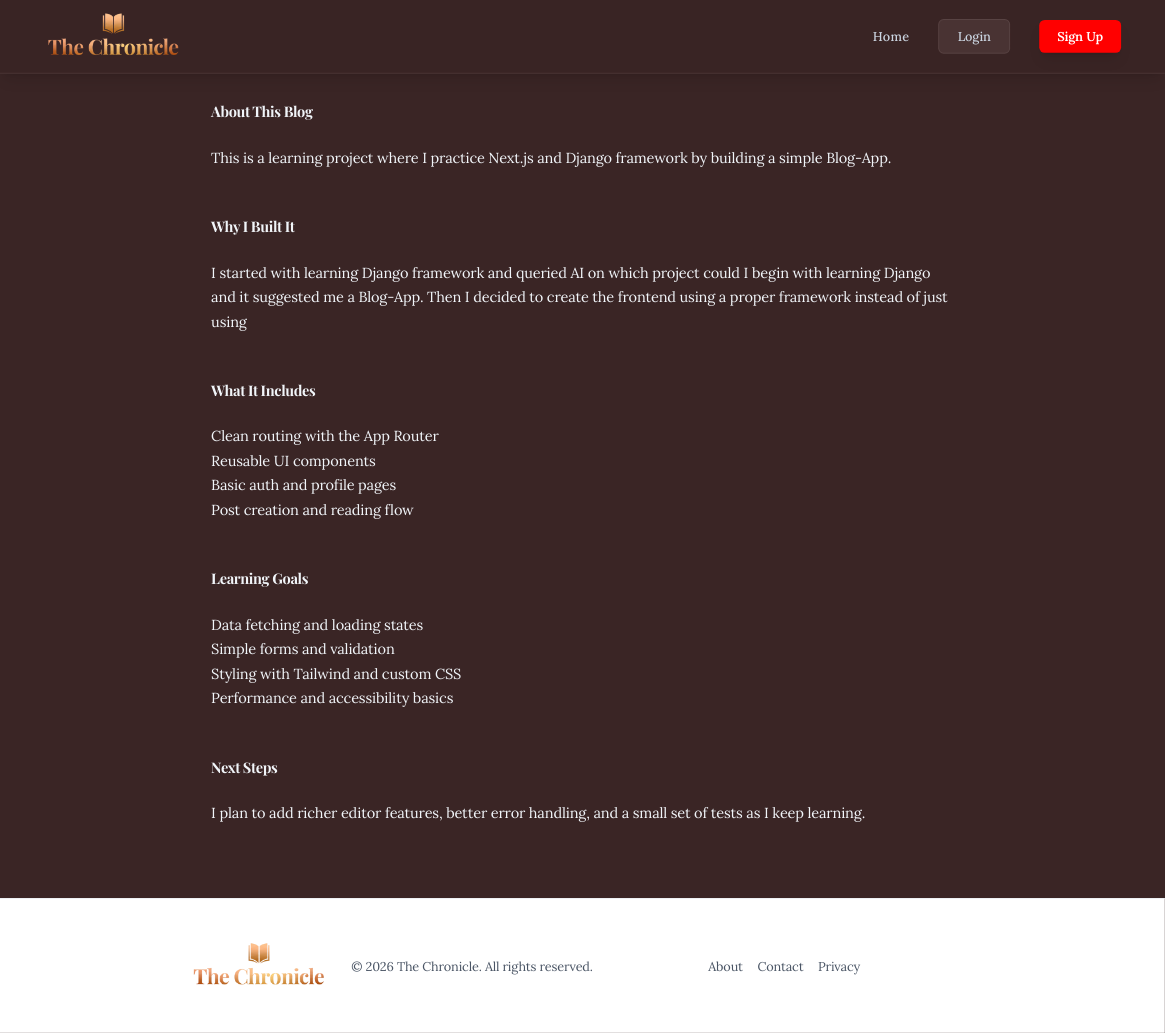
Repository: swaruplamsal/BasicBlogApp
Page: /about (app in blog-frontend/)
An editor plug-in stored every save of this project. The page is shown before and after a run of saves, followed by the edit.
The browser window is 1280 px wide. The pictures show the whole page, at 91% of full size.
The page's requests for data from a server got no answer. The project was rebuilt for these pictures with package versions that can differ from the ones it lists, and the page was loaded fresh each time. The framework's server and built-in components were replaced by stand-ins that run in the browser. No one was signed in, and anything a server would have sent is missing. Also part of the build but not shown: blog-frontend/next.config.mjs, blog-frontend/app/components/Avatar.js.

Above is the page before, as saved 2026-02-07 20:54:46.

### blog-frontend/app/layout.js
// app/layout.js
import { Lora, Playfair_Display } from "next/font/google";
import { AuthProvider } from "./context/AuthContext";
import { generateSiteMetadata } from "../lib/metadata";
import "./globals.css";

export const metadata = generateSiteMetadata();

const lora = Lora({
  subsets: ["latin"],
  weight: ["400", "500", "600", "700"],
  variable: "--font-lora",
});

const playfair = Playfair_Display({
  subsets: ["latin"],
  weight: ["400", "500", "600", "700", "900"],
  variable: "--font-playfair",
});

export default function RootLayout({ children }) {
  return (
    <html lang="en">
      <body className={`${lora.variable} ${playfair.variable}`}>
        <AuthProvider>{children}</AuthProvider>
      </body>
    </html>
  );
}

### blog-frontend/app/about/page.js
import Navbar from "../components/Navbar";
import Footer from "../components/Footer";

const sectionStyle = {
  marginTop: "1.5rem",
};

export default function About() {
  return (
    <div className="dark:bg-sky-950">
      <Navbar />
      <main style={{ padding: "2rem", maxWidth: "880px", margin: "0 auto" }}>
        <h1>About This Blog</h1>
        <br />

        <p>
          This is a learning project where I practice Next.js and Django
          framework by building a simple Blog-App.
        </p>
        <br />
        <section style={sectionStyle}>
          <h2>Why I Built It</h2>
          <br />
          <p>
            I started with learning Django framework and queried AI on which
            project could I begin with learning Django and it suggested me a
            Blog-App. Then I decided to create the frontend using a proper
            framework instead of just using
          </p>
        </section>
        <br />

        <section style={sectionStyle}>
          <h2>What It Includes</h2>
          <br />
          <ul>
            <li>Clean routing with the App Router</li>
            <li>Reusable UI components</li>
            <li>Basic auth and profile pages</li>
            <li>Post creation and reading flow</li>
          </ul>
        </section>
        <br />

        <section style={sectionStyle}>
          <h2>Learning Goals</h2>
          <br />
          <ul>
            <li>Data fetching and loading states</li>
            <li>Simple forms and validation</li>
            <li>Styling with Tailwind and custom CSS</li>
            <li>Performance and accessibility basics</li>
          </ul>
        </section>
        <br />

        <section style={sectionStyle}>
          <h2>Next Steps</h2>
          <br />
          <p>
            I plan to add richer editor features, better error handling, and a
            small set of tests as I keep learning.
          </p>
        </section>
      </main>
      <Footer />
    </div>
  );
}

### blog-frontend/app/context/AuthContext.js
"use client";

import { createContext, useContext, useState, useEffect } from "react";
import { authApi } from "../../lib/api";

const AuthContext = createContext();

// Helper function to get initial state from localStorage
function getInitialAuth() {
  if (typeof window === "undefined") {
    return { token: null, user: null };
  }

  const savedToken = localStorage.getItem("token");
  const savedUser = localStorage.getItem("user");

  return {
    token: savedToken || null,
    user: savedUser ? JSON.parse(savedUser) : null,
  };
}

export function AuthProvider({ children }) {
  const [user, setUser] = useState(() => getInitialAuth().user);
  const [token, setToken] = useState(() => getInitialAuth().token);

  // Sync user data with backend on mount if token exists
  useEffect(() => {
    if (typeof window === "undefined" || !token) return;

    const syncUserData = async () => {
      try {
        const completeUser = await authApi.getCurrentUser();
        setUser(completeUser);
        localStorage.setItem("user", JSON.stringify(completeUser));
      } catch (error) {
        // If sync fails, user might be logged out - clear auth state
        setToken(null);
        setUser(null);
        localStorage.removeItem("token");
        localStorage.removeItem("user");
      }
    };

    syncUserData();
  }, [token]);

  const login = async (username, password) => {
    try {
      const data = await authApi.login(username, password);

      setToken(data.token);
      localStorage.setItem("token", data.token);

      // Fetch complete user data including profile
      try {
        const completeUser = await authApi.getCurrentUser();
        setUser(completeUser);
        localStorage.setItem("user", JSON.stringify(completeUser));
      } catch (profileError) {
        // Fallback to basic user data if profile fetch fails
        setUser(data.user);
        localStorage.setItem("user", JSON.stringify(data.user));
      }

      return { success: true };
    } catch (error) {
      return { success: false, error: error.message };
    }
  };

  const signup = async (username, email, password) => {
    try {
      const data = await authApi.signup(username, email, password);

      setToken(data.token);
      setUser(data.user);
      localStorage.setItem("token", data.token);
      localStorage.setItem("user", JSON.stringify(data.user));
      return { success: true };
    } catch (error) {
      return { success: false, error: error.message };
    }
  };

  const logout = () => {
    setToken(null);
    setUser(null);
    localStorage.removeItem("token");
    localStorage.removeItem("user");
  };

  const refreshUser = async () => {
    if (!token) return;

    try {
      const completeUser = await authApi.getCurrentUser();
      setUser(completeUser);
      localStorage.setItem("user", JSON.stringify(completeUser));
    } catch (error) {
      console.log("Failed to refresh user data:", error.message);
    }
  };

  return (
    <AuthContext.Provider
      value={{ user, token, login, signup, logout, refreshUser }}
    >
      {children}
    </AuthContext.Provider>
  );
}

export function useAuth() {
  return useContext(AuthContext);
}

### blog-frontend/lib/metadata.js
// Helper functions for generating metadata

export const generateSiteMetadata = () => ({
  title: {
    template: "%s | The Chronicle",
    default: "The Chronicle - Where Stories Matter",
  },
  description:
    "Discover thoughtful perspectives, compelling narratives, and insights that challenge the ordinary.",
  keywords: ["blog", "stories", "articles", "writing", "chronicle"],
  authors: [{ name: "The Chronicle Team" }],
  openGraph: {
    type: "website",
    locale: "en_US",
    siteName: "The Chronicle",
  },
  twitter: {
    card: "summary_large_image",
  },
  // Fallback favicon / site icon. Place a file at public/favicon.png (or /favicon.ico)
  icons: {
    icon: "/favicon.png",
    apple: "/favicon.png",
  },
});

export const generatePostMetadata = (post) => {
  if (!post) return {};

  return {
    title: post.title,
    description: post.content.substring(0, 160) + "...",
    keywords: post.tags?.map((tag) => tag.name) || [],
    authors: [{ name: post.author?.username || "Anonymous" }],
    openGraph: {
      title: post.title,
      description: post.content.substring(0, 160) + "...",
      type: "article",
      publishedTime: post.created_at,
      modifiedTime: post.updated_at,
      authors: [post.author?.username || "Anonymous"],
      tags: post.tags?.map((tag) => tag.name) || [],
    },
    twitter: {
      card: "summary_large_image",
      title: post.title,
      description: post.content.substring(0, 160) + "...",
    },
  };
};

### blog-frontend/app/globals.css
@import "tailwindcss";

@layer base {
  :root {
    /* Bold Editorial Theme - Color Hunt Palette */
    --background: #3a2525;
    --background-elevated: #4a3535;
    --background-hover: #5a4545;
    --foreground: #f1f5f9;
    --foreground-muted: #cbd5e1;
    --foreground-subtle: #94a3b8;

    /* Accent Colors */
    --accent: #ff0000;
    --accent-hover: #cc0000;
    --accent-light: #ff3333;
    --accent-secondary: #9e2a2a;
    --navy: #000080;
    --navy-hover: #0000a0;

    /* Borders & Dividers */
    --border: #5a4545;
    --border-light: #6a5555;

    /* Semantic Colors */
    --success: #10b981;
    --error: #ff0000;
    --warning: #ff0000;
  }

  body {
    background: var(--background);
    color: var(--foreground);
    font-family:
      var(--font-lora),
      -apple-system,
      BlinkMacSystemFont,
      "Segoe UI",
      Roboto,
      sans-serif;
    line-height: 1.7;
    -webkit-font-smoothing: antialiased;
    -moz-osx-font-smoothing: grayscale;
    letter-spacing: -0.011em;
  }

  h1,
  h2,
  h3,
  h4,
  h5,
  h6 {
    font-family: var(--font-playfair), Georgia, serif;
    font-weight: 700;
    line-height: 1.25;
    color: var(--foreground);
    letter-spacing: -0.025em;
  }
}

@layer components {
  /* Custom Scrollbar */
  ::-webkit-scrollbar {
    width: 8px;
  }

  ::-webkit-scrollbar-track {
    background: var(--background);
  }

  ::-webkit-scrollbar-thumb {
    background: var(--accent);
    border-radius: 4px;
  }

  ::-webkit-scrollbar-thumb:hover {
    background: var(--accent-hover);
  }

  /* Smooth transitions */
  * {
    transition-property:
      background-color, border-color, color, fill, stroke, transform, opacity;
    transition-timing-function: cubic-bezier(0.4, 0, 0.2, 1);
    transition-duration: 200ms;
  }

  /* Editorial Utilities */
  .editorial-gradient {
    background: linear-gradient(
      135deg,
      var(--background) 0%,
      var(--background-elevated) 100%
    );
  }

  .text-gradient {
    background: linear-gradient(135deg, #ff0000, #9e2a2a);
    -webkit-background-clip: text;
    -webkit-text-fill-color: transparent;
    background-clip: text;
  }

  .reading-progress {
    position: fixed;
    top: 0;
    left: 0;
    height: 3px;
    background: linear-gradient(90deg, #ff0000, #9e2a2a);
    z-index: 9999;
    transition: width 0.1s ease-out;
  }

  .card-hover {
    transition: all 0.3s cubic-bezier(0.4, 0, 0.2, 1);
  }

  .card-hover:hover {
    transform: translateY(-2px);
    box-shadow: 0 20px 40px -12px rgba(255, 0, 0, 0.2);
    border-color: #6a5555 !important;
  }

  /* Button Styles */
  .btn-primary {
    background-color: #ff0000;
    box-shadow: 0 10px 25px -5px rgba(255, 0, 0, 0.3);
    transition: all 0.3s ease;
  }

  .btn-primary:hover {
    background-color: #cc0000;
    box-shadow: 0 15px 30px -5px rgba(255, 0, 0, 0.4);
  }

  /* Link Styles */
  .link-red {
    color: #ff0000;
    transition: color 0.2s ease;
  }

  .link-red:hover {
    color: #ff3333;
  }

  .link-nav {
    color: #cbd5e1;
    transition: color 0.2s ease;
  }

  .link-nav:hover {
    color: #ff0000;
  }

  /* Article Title */
  .article-title {
    color: #f1f5f9;
    transition: color 0.3s ease;
  }

  .article-title:hover {
    color: #ff0000;
  }

  /* Tag Styles */
  .tag {
    color: #94a3b8;
    background-color: rgba(90, 69, 69, 0.5);
    border: 1px solid rgba(106, 85, 85, 0.5);
    transition: all 0.2s ease;
  }

  .tag:hover {
    border-color: #9e2a2a;
    color: #cbd5e1;
  }
  /* Form Styles */
  .form-input {
    background-color: rgba(90, 69, 69, 0.5);
    border: 1px solid #6a5555;
    color: #f1f5f9;
    transition: all 0.2s ease;
  }

  .form-input:focus {
    outline: none;
    border-color: #ff0000;
    background-color: rgba(90, 69, 69, 0.7);
  }

  .form-label {
    color: #cbd5e1;
  }

  .form-container {
    background-color: rgba(74, 53, 53, 0.5);
    border: 1px solid #5a4545;
  }

  .btn-secondary {
    background-color: rgba(90, 69, 69, 0.8);
    color: #cbd5e1;
    border: 1px solid #6a5555;
    transition: all 0.2s ease;
  }

  .btn-secondary:hover {
    background-color: rgba(90, 69, 69, 1);
    border-color: #7a6565;
  }

  .btn-danger {
    background-color: rgba(158, 42, 42, 0.8);
    color: #fff;
    border: 1px solid #9e2a2a;
    transition: all 0.2s ease;
  }

  .btn-danger:hover {
    background-color: #9e2a2a;
  }

  .btn-success {
    background-color: rgba(16, 185, 129, 0.8);
    color: #fff;
    transition: all 0.2s ease;
  }

  .btn-success:hover {
    background-color: rgb(16, 185, 129);
  }

  /* ========================================
   LOADING & ANIMATION STYLES
   ======================================== */

  /* Shimmer effect for skeleton loaders */
  @keyframes shimmer {
    0% {
      transform: translateX(-100%);
    }
    100% {
      transform: translateX(100%);
    }
  }

  .animate-shimmer {
    animation: shimmer 2s infinite;
  }

  /* Fade in animation */
  @keyframes fade-in {
    from {
      opacity: 0;
    }
    to {
      opacity: 1;
    }
  }

  .animate-fade-in {
    animation: fade-in 0.5s ease-out;
  }

  /* Fade in and slide up animation */
  @keyframes fade-in-up {
    from {
      opacity: 0;
      transform: translateY(20px);
    }
    to {
      opacity: 1;
      transform: translateY(0);
    }
  }

  .animate-fade-in-up {
    animation: fade-in-up 0.6s ease-out;
  }

  /* Scale in animation */
  @keyframes scale-in {
    from {
      opacity: 0;
      transform: scale(0.95);
    }
    to {
      opacity: 1;
      transform: scale(1);
    }
  }

  .animate-scale-in {
    animation: scale-in 0.4s ease-out;
  }

  /* Smooth transitions for all interactive elements */
  .transition-smooth {
    transition: all 0.3s cubic-bezier(0.4, 0, 0.2, 1);
  }
}

### blog-frontend/app/components/Navbar.js
// app/components/Navbar.js
"use client";

import dynamic from "next/dynamic";
import Link from "next/link";
import Image from "next/image";

const NavbarAuth = dynamic(() => import("./NavbarAuth"), { ssr: false });

export default function Navbar() {
  return (
    <nav
      className="sticky top-0 z-50 backdrop-blur-xl border-b shadow-lg"
      style={{
        backgroundColor: "rgba(58, 37, 37, 0.8)",
        borderColor: "rgba(90, 69, 69, 0.5)",
      }}
    >
      <div className="max-w-7xl mx-auto px-6 sm:px-8 lg:px-12">
        <div className="flex justify-between items-center h-20">
          {/* Logo */}
          <Link
            href="/"
            className="group flex items-center gap-3 hover:opacity-80 transition-opacity"
          >
            {/* Replace the inline svg with a logo image from public/images/logo.png */}
            <div>
              <Image
                src="/images/logo.png"
                alt="Editorial logo"
                width={150}
                height={150}
                className="object-cover"
                priority
              />
            </div>
          </Link>

          {/* Nav Links */}
          <div className="flex items-center gap-8">
            <Link
              href="/"
              className="link-nav font-medium text-sm tracking-wide"
            >
              Home
            </Link>
            <NavbarAuth />
          </div>
        </div>
      </div>
    </nav>
  );
}

### blog-frontend/app/components/Footer.js
import Image from "next/image";
import Link from "next/link";
import SocialLinks from "./SocialLinks";

export default function Footer() {
  return (
    <footer className="border-t mt-12 py-8 bg-white dark:bg-gray-900">
      <div className="max-w-4xl mx-auto px-4 flex flex-col md:flex-row items-center justify-between gap-4">
        <div className="flex items-center space-x-3">
          <Link href="/" className="flex items-center">
            <Image
              src="/images/logo.png"
              alt="Logo"
              width={150}
              height={150}
              className="rounded-sm"
            />
          </Link>
          <p className="text-sm text-gray-600 dark:text-gray-300 ml-4">
            © {new Date().getFullYear()} The Chronicle. All rights reserved.
          </p>
        </div>

        <nav className="flex items-center space-x-4">
          <Link
            href="/about"
            className="text-sm text-gray-600 hover:text-red-600 transition-colors duration-200 dark:text-gray-300 dark:hover:text-red-400 active:text-red-900 focus:outline-none focus-visible:ring-2 focus-visible:ring-red-300 rounded"
          >
            About
          </Link>
          <Link
            href="/contact"
            className="text-sm text-gray-600 hover:text-red-600 transition-colors duration-200 dark:text-gray-300 dark:hover:text-red-400 active:text-red-900 focus:outline-none focus-visible:ring-2 focus-visible:ring-red-300 rounded"
          >
            Contact
          </Link>
          <Link
            href="/privacy"
            className="text-sm text-gray-600 hover:text-red-600 transition-colors duration-200 dark:text-gray-300 dark:hover:text-red-400 active:text-red-900 focus:outline-none focus-visible:ring-2 focus-visible:ring-red-300 rounded"
          >
            Privacy
          </Link>
        </nav>

        <div>
          <SocialLinks />
        </div>
      </div>
    </footer>
  );
}

### blog-frontend/app/components/SocialLinks.js
"use client";

import Link from "next/link";

export default function SocialLinks({ website, twitter, github, linkedin }) {
  const links = [
    {
      name: "Website",
      value: website,
      href: website,
      icon: (
        <svg
          className="w-5 h-5"
          fill="none"
          stroke="currentColor"
          viewBox="0 0 24 24"
        >
          <path
            strokeLinecap="round"
            strokeLinejoin="round"
            strokeWidth={2}
            d="M21 12a9 9 0 01-9 9m9-9a9 9 0 00-9-9m9 9H3m9 9a9 9 0 01-9-9m9 9c1.657 0 3-4.03 3-9s-1.343-9-3-9m0 18c-1.657 0-3-4.03-3-9s1.343-9 3-9m-9 9a9 9 0 019-9"
          />
        </svg>
      ),
    },
    {
      name: "Twitter",
      value: twitter,
      href: twitter ? `https://twitter.com/${twitter}` : null,
      icon: (
        <svg className="w-5 h-5" fill="currentColor" viewBox="0 0 24 24">
          <path d="M18.244 2.25h3.308l-7.227 8.26 8.502 11.24H16.17l-5.214-6.817L4.99 21.75H1.68l7.73-8.835L1.254 2.25H8.08l4.713 6.231zm-1.161 17.52h1.833L7.084 4.126H5.117z" />
        </svg>
      ),
    },
    {
      name: "GitHub",
      value: github,
      href: github ? `https://github.com/${github}` : null,
      icon: (
        <svg className="w-5 h-5" fill="currentColor" viewBox="0 0 24 24">
          <path
            fillRule="evenodd"
            d="M12 2C6.477 2 2 6.484 2 12.017c0 4.425 2.865 8.18 6.839 9.504.5.092.682-.217.682-.483 0-.237-.008-.868-.013-1.703-2.782.605-3.369-1.343-3.369-1.343-.454-1.158-1.11-1.466-1.11-1.466-.908-.62.069-.608.069-.608 1.003.07 1.531 1.032 1.531 1.032.892 1.53 2.341 1.088 2.91.832.092-.647.35-1.088.636-1.338-2.22-.253-4.555-1.113-4.555-4.951 0-1.093.39-1.988 1.029-2.688-.103-.253-.446-1.272.098-2.65 0 0 .84-.27 2.75 1.026A9.564 9.564 0 0112 6.844c.85.004 1.705.115 2.504.337 1.909-1.296 2.747-1.027 2.747-1.027.546 1.379.202 2.398.1 2.651.64.7 1.028 1.595 1.028 2.688 0 3.848-2.339 4.695-4.566 4.943.359.309.678.92.678 1.855 0 1.338-.012 2.419-.012 2.747 0 .268.18.58.688.482A10.019 10.019 0 0022 12.017C22 6.484 17.522 2 12 2z"
            clipRule="evenodd"
          />
        </svg>
      ),
    },
    {
      name: "LinkedIn",
      value: linkedin,
      href: linkedin ? `https://linkedin.com/in/${linkedin}` : null,
      icon: (
        <svg className="w-5 h-5" fill="currentColor" viewBox="0 0 24 24">
          <path d="M20.447 20.452h-3.554v-5.569c0-1.328-.027-3.037-1.852-3.037-1.853 0-2.136 1.445-2.136 2.939v5.667H9.351V9h3.414v1.561h.046c.477-.9 1.637-1.85 3.37-1.85 3.601 0 4.267 2.37 4.267 5.455v6.286zM5.337 7.433c-1.144 0-2.063-.926-2.063-2.065 0-1.138.92-2.063 2.063-2.063 1.14 0 2.064.925 2.064 2.063 0 1.139-.925 2.065-2.064 2.065zm1.782 13.019H3.555V9h3.564v11.452zM22.225 0H1.771C.792 0 0 .774 0 1.729v20.542C0 23.227.792 24 1.771 24h20.451C23.2 24 24 23.227 24 22.271V1.729C24 .774 23.2 0 22.222 0h.003z" />
        </svg>
      ),
    },
  ];

  const activeLinks = links.filter((link) => link.value);

  if (activeLinks.length === 0) {
    return null;
  }

  return (
    <div className="flex flex-wrap gap-3">
      {activeLinks.map((link) => (
        <a
          key={link.name}
          href={link.href}
          target="_blank"
          rel="noopener noreferrer"
          className="flex items-center gap-2 px-4 py-2 bg-slate-800/50 rounded-lg border border-slate-700/50 hover:border-red-600/50 hover:bg-slate-800 transition-all text-slate-400 hover:text-red-400"
          title={link.name}
        >
          {link.icon}
          <span className="text-sm">{link.name}</span>
        </a>
      ))}
    </div>
  );
}

Loaded but not shown: blog-frontend/lib/api.js (library); blog-frontend/app/components/NavbarAuth.js (180 lines, source omitted)

After the next 2 saves:
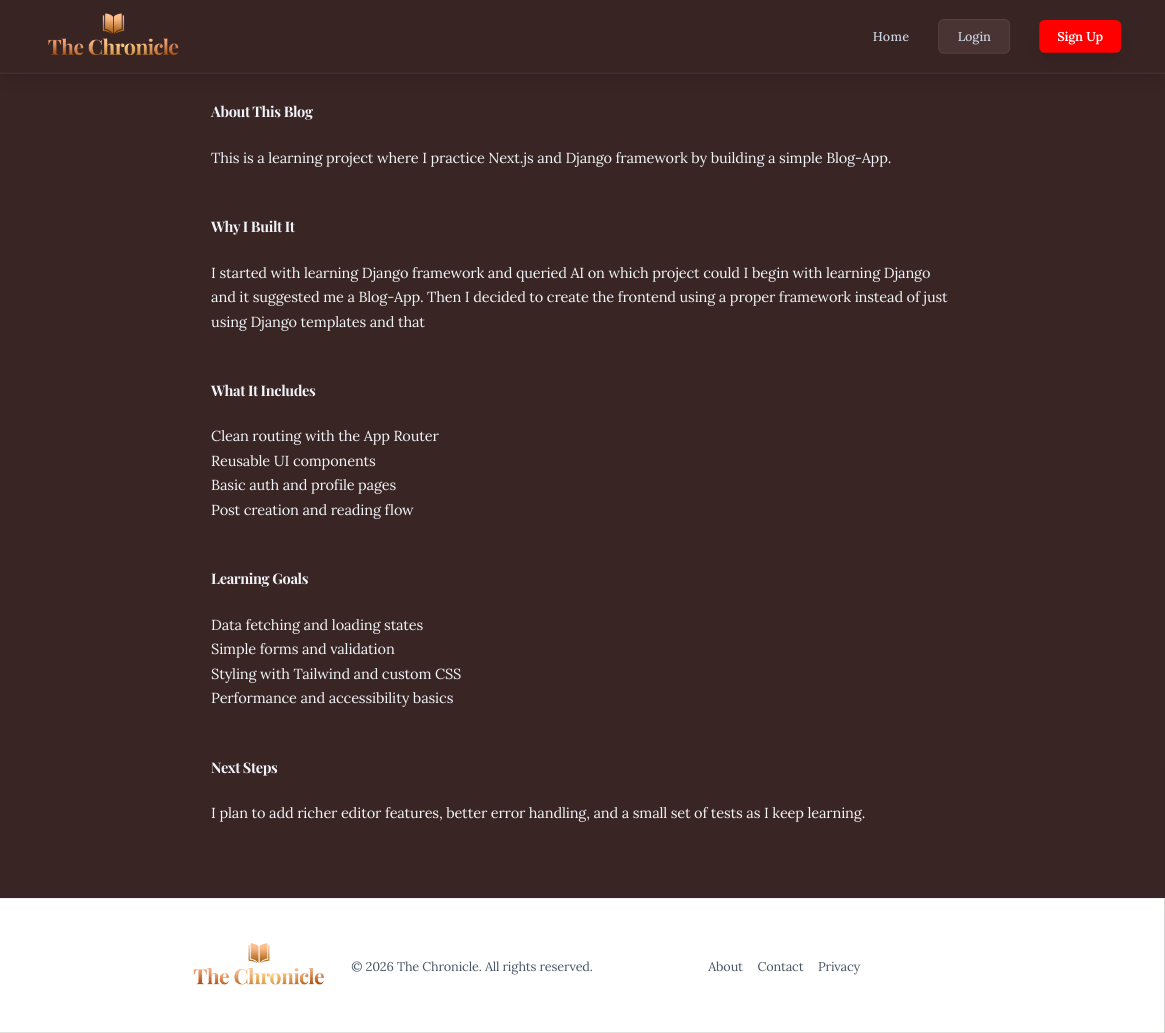
The 2 saves are shown as one change because they came seconds apart.
The last was saved 12 s later.
--- a/blog-frontend/app/about/page.js
+++ b/blog-frontend/app/about/page.js
@@ -25,7 +25,7 @@ export default function About() {
             I started with learning Django framework and queried AI on which
             project could I begin with learning Django and it suggested me a
             Blog-App. Then I decided to create the frontend using a proper
-            framework instead of just using
+            framework instead of just using Django templates and that
           </p>
         </section>
         <br />
